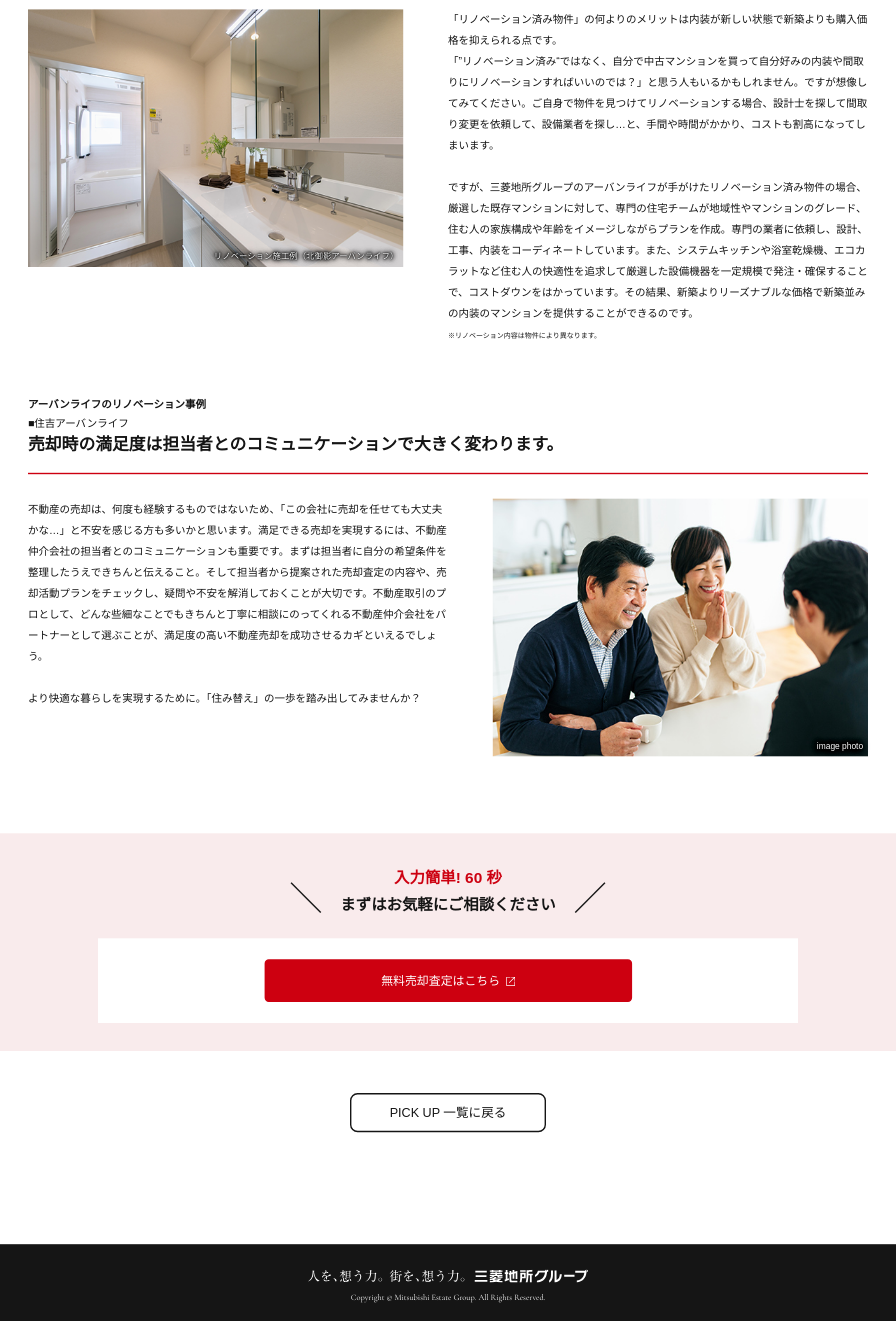
Repository: duongspm/group-kansai_new-data
Page: group-kansai_new/pickup/column07.html
The author's editor kept a copy of each file at every save. The page is drawn from the files as they stood at one save, then again after the next save.
The browser window is 1280 px wide. The pictures show the part of the page from y = 1738 to 3658 px (the page is 3626 px tall before and 3658 px after), at 70% of full size.

Above is the page before, as saved 2023-06-30 15:14:52.

### group-kansai_new/pickup/column07.html
<!doctype html>
<html>
<head prefix="og: http://ogp.me/ns# fb: http://ogp.me/ns/fb# article: http://ogp.me/ns/website#">

    <meta charset="utf-8">
    <meta http-equiv="X-UA-Compatible" content="chrome=1">
    <meta name="viewport" content="width=device-width, initial-scale=1">

    <title>住み替えを検討する際の重要なポイント。住宅ローン残債があっても住み替えできる？｜関西で住まいのことは三菱地所グループへ</title>
    <meta name="keywords" content="新築マンション,注文住宅,リフォーム,売買・賃貸,関西,三菱地所グループ,三菱地所レジデンス,三菱地所ホーム,三菱地所ハウスネット,住まい">
    <meta name="description" content="関西エリアの三菱地所グループが、新築・中古マンション、注文住宅、リフォーム、売買、賃貸、マンション・ビル管理、インテリアなど、あらゆる住まいのニーズにお応えします。">
    <link rel="canonical" href="https://www.mecsumai.com/group_kansai/pickup/column07.html">

    <!-- OGP -->
    <meta property="og:site_name" content="関西で住まいのことは三菱地所グループへ" />
    <meta property="og:title" content="住み替えを検討する際の重要なポイント。住宅ローン残債があっても住み替えできる？｜関西で住まいのことは三菱地所グループへ" />
    <meta property="og:description" content="関西エリアの三菱地所グループが、新築・中古マンション、注文住宅、リフォーム、売買、賃貸、マンション・ビル管理、インテリアなど、あらゆる住まいのニーズにお応えします。" />
    <meta property="og:type" content="website" />
    <meta property="og:locale" content="ja_JP" />
    <meta property="og:url" content="https://www.mecsumai.com/group_kansai/pickup/column07.html" />
    <meta property="og:image" content="https://www.mecsumai.com/group_kansai/img/ogp/ogimage_column_mjhn_01.jpg" />
    <meta property="article:publisher" content="https://www.facebook.com/mecsumai" />
    <meta name="twitter:card" content="summary_large_image" />
    <meta name="twitter:site:id" value="@mecr_sumai" />
    <!-- CSS/JS -->
    <!--テスト用_WEBフォントタグ--><script type="text/javascript" src="//typesquare.com/3/tsst/script/ja/typesquare.js?GO7P2Rd89as%3D" charset="utf-8"></script>
    <!--本番用_WEBフォントタグ--><!-- <script type="text/javascript" src="//typesquare.com/3/tsst/script/ja/typesquare.js?fP5kCoOP0YE%3D" charset="utf-8"></script>-->

	<link rel="stylesheet" href="../css/style.css">
    <link rel="stylesheet" href="css/column.css">

    <script src="../js/jquery.min.js"></script>
    <script src="../js/script.js"></script>

</head>

<body>

	<!-- Google Tag Manager -->
	<noscript><iframe src="//www.googletagmanager.com/ns.html?id=GTM-PPKM2M"
	height="0" width="0" style="display:none;visibility:hidden"></iframe></noscript>
	<script>(function(w,d,s,l,i){w[l]=w[l]||[];w[l].push({'gtm.start':
	new Date().getTime(),event:'gtm.js'});var f=d.getElementsByTagName(s)[0],
	j=d.createElement(s),dl=l!='dataLayer'?'&l='+l:'';j.async=true;j.src=
	'//www.googletagmanager.com/gtm.js?id='+i+dl;f.parentNode.insertBefore(j,f);
	})(window,document,'script','dataLayer','GTM-PPKM2M');</script>
	<!-- End Google Tag Manager -->

    <header>
        <a><img src="../img/logo_mec.svg" alt="人を、想う力。街を、想う力。三菱地所グループ"></a>
        <a><img src="../img/logo_mecgonext.svg" alt="三菱地所と次にいこう。"></a>
        <div id="btn-menu"><span></span><span></span><span></span><a>MENU</a></div>
    </header>

    <div class="menu">
        <div class="menu-wrap container">
            <ul class="menu-nav menu-nav1">
                <li><a href="../#top" onclick="trEvent('三菱地所グループ関西合同LP','Click','【LP内遷移】グロナビ_トップページに戻る',0);">トップページに戻る</a></li>
                <li><a href="../#p-news" onclick="trEvent('三菱地所グループ関西合同LP','Click','【LP内遷移】グロナビ_NEWS',0);">NEWS</a></li>
                <li><a href="./" onclick="trEvent('三菱地所グループ関西合同LP','Click','【LP内遷移】グロナビ_PICK UP',0);">PICK UP</a></li>
                <li><a href="../#p-buy" onclick="trEvent('三菱地所グループ関西合同LP','Click','【LP内遷移】グロナビ_買いたい',0);">買いたい</a></li>
                <li><a href="../#p-build" onclick="trEvent('三菱地所グループ関西合同LP','Click','【LP内遷移】グロナビ_建てたい',0);">建てたい</a></li>
                <li><a href="../#p-renovate" onclick="trEvent('三菱地所グループ関西合同LP','Click','【LP内遷移】グロナビ_リフォームしたい',0);">リフォームしたい</a></li>
                <li><a href="../#p-sell" onclick="trEvent('三菱地所グループ関西合同LP','Click','【LP内遷移】グロナビ_売りたい',0);">売りたい</a></li>
                <li><a href="../#p-lend" onclick="trEvent('三菱地所グループ関西合同LP','Click','【LP内遷移】グロナビ_貸したい',0);">貸したい</a></li>
                <li><a href="../#p-borrow" onclick="trEvent('三菱地所グループ関西合同LP','Click','【LP内遷移】グロナビ_借りたい',0);">借りたい</a></li>
                <li><a href="../#p-interior" onclick="trEvent('三菱地所グループ関西合同LP','Click','【LP内遷移】グロナビ_インテリアを探す',0);">インテリアを探す</a></li>
                <li><a href="../#p-admin" onclick="trEvent('三菱地所グループ関西合同LP','Click','【LP内遷移】グロナビ_不動産管理',0);">不動産管理</a></li>
            </ul>

            <ul class="menu-nav menu-nav2">
                <li><a href="../check/" onclick="trEvent('三菱地所グループ関西合同LP','Click','【LP内遷移】グロナビ_三菱地所グループの「住まい」マッチング',0);">三菱地所グループの「住まい」マッチング</a></li>
                <li><a href="../#p-map" onclick="trEvent('三菱地所グループ関西合同LP','Click','【LP内遷移】グロナビ_三菱地所グループの関西エリア営業拠点マップ',0);">三菱地所グループの関西エリア営業拠点マップ</a></li>
                <li><a href="../#p-group" onclick="trEvent('三菱地所グループ関西合同LP','Click','【LP内遷移】グロナビ_三菱地所グループのご紹介',0);">三菱地所グループのご紹介</a></li>
            </ul>

            <!-- <ul class="service-bnr">
                <li><a href="check/"><img src="img/bnr_check_menu.jpg" alt="理想の「住まい」セルフチェック"></a></li>
                <li class="bnr-find">
                    <img src="img/bnr_find_menu.jpg" alt="住み替えるなら今の「住まい」は…">
                    <a href="#p-sell01"><img src="img/bnr_find01.png" alt="少しでも高く売却したい"></a>
                    <a href="#p-sell02"><img src="img/bnr_find02.png" alt="手間なく早く売却したい"></a>
                    <a href="#p-lend"><img src="img/bnr_find03.png" alt="賃貸活用で家賃を得たい"></a>
                </li>
            </ul>-->
            <!--/service-bnr-->
        </div>
    </div>

    <main class="main" id="column07">
        <section class="main-img">
            <img class="only-pc" src="img/vol_07/mv07.png" width="100%" alt="image photo">
            <img class="only-sp" src="img/vol_07/mv07-sp.png" width="100%" alt="image photo">
            <p class="cap-abs_right shadow">リノベーション施工事例（北御影アーバンライフ）</p>
        </section>
        <!--/main-img-->

        <section class="column container">
            <div class="column-group">
                <ul class="hashtag">
                    <li># リノベーション</li>
                    <li># 住み替え</li>
                </ul>
                <h2>お手頃なのに新築並み！今話題の「リノベーション済み物件」</h2>
                <p>新居探しの新たな選択肢として最近よく耳にする「リノベーション済み物件」。ですがリノベーション済み物件とはどのようなものなのでしょうか？今回はその特徴やメリットをご紹介します。</p>

                <div class="column-nav">
                    <p class="column-nav_tit">INDEX</p>
                    <ul class="column-nav_list">
                        <li><a href="#part01">
                            <p class="column-nav_num">01</p>
                            <p class="column-nav_txt">今注目されるリノベーション済み物件とは？</p>
                        </a></li>
                        <li><a href="#part02">
                            <p class="column-nav_num">02</p>
                            <p class="column-nav_txt">新築物件よりリーズナブルな価格で手に入る！</p>
                        </a></li>
                        <li><a href="#part03">
                            <p class="column-nav_num">03</p>
                            <p class="column-nav_txt">徹底した品質管理とアフターサービスで住んだ後も安心</p>
                        </a></li>
                    </ul>
                </div>
            </div>
            <!--/column group-->

            <div class="anchor"><div id="part01"></div></div>
            <div class="column-group">
                <h3>今注目されるリノベーション済み物件とは？</h3>

                <div class="column-box">
                    <div class="column-box_inner">
                        <p>住宅の購入を検討するときに、「新築マンションは魅力的だけど、価格が高いから中古マンションのほうがいいのかも？」と迷っている人も多いのではないでしょうか。そんな時に、新築でも中古でもない新たな選択肢として今注目を集めているのが「リノベーション済み物件」です。</p>
                        <p>「リノベーション済み物件」とは、買い取った中古物件に改装工事や修繕工事、クリーニングを行い、内装を新築のような状態で販売されている物件のこと。ちなみに、リノベーション済み物件と似たような形態として「リフォーム済み物件」が挙げられます。両者とも修復や改修がされているのは同じですが、リフォームは現状の状態を回復させる工事がメイン。一方リノベーション済み物件は、古くなった箇所をなおすだけではなく、設備の仕様変更、大幅な間取り・デザイン変更など、新たな機能や価値を加える工事を行い、新築さながらの内装や設備を持っているのが特徴です。</p>
                    </div>
                    <div class="column-box_img">
                        <img src="img/vol_07/img-01.png" alt="リノベーション施工事例（ネオセント西宮北口）">
                        <p class="cap-abs_right shadow">リノベーション施工事例（ネオセント西宮北口）</p>
                    </div>
                </div>
            </div>
            <!--/column group-->

            <div class="anchor"><div id="part02"></div></div>
            <div class="column-group column07-02">
                <h3>新築物件よりリーズナブルな価格で手に入る！</h3>

                <div class="column-box">
                    <div class="column-box_img">
                        <img src="img/vol_07/img-02.png" alt="リノベーション施工例（北御影アーバンライフ）">
                        <p class="cap-abs_right shadow">リノベーション施工例（北御影アーバンライフ）</p>
                    </div>
                    <div class="column-box_inner">
                        <p>「リノベーション済み物件」の何よりのメリットは内装が新しい状態で新築よりも購入価格を抑えられる点です。
                            <br>「”リノベーション済み“ではなく、自分で中古マンションを買って自分好みの内装や間取りにリノベーションすればいいのでは？」と思う人もいるかもしれません。ですが想像してみてください。ご自身で物件を見つけてリノベーションする場合、設計士を探して間取り変更を依頼して、設備業者を探し…と、手間や時間がかかり、コストも割高になってしまいます。</p>
                        <p>ですが、三菱地所グループのアーバンライフが手がけたリノベーション済み物件の場合、厳選した既存マンションに対して、専門の住宅チームが地域性やマンションのグレード、住む人の家族構成や年齢をイメージしながらプランを作成。専門の業者に依頼し、設計、工事、内装をコーディネートしています。また、システムキッチンや浴室乾燥機、エコカラットなど住む人の快適性を追求して厳選した設備機器を一定規模で発注・確保することで、コストダウンをはかっています。その結果、新築よりリーズナブルな価格で新築並みの内装のマンションを提供することができるのです。
                            <br><span class="txt-small">※リノベーション内容は物件により異なります。</span>
                        </p>
                    </div>
                </div>
            </div>
            <!--/column group-->

            <!-- column07 box -->
            <div class="column07__box">
                <h4>アーバンライフのリノベーション事例</h4>
                <p class="title">■住吉アーバンライフ</p>
            </div>

            <!-- column07 box -->
            <div class="anchor"><div id="part03"></div></div>
            <div class="column-group">
                <h3>売却時の満足度は担当者とのコミュニケーションで大きく変わります。</h3>

                <div class="column-box">
                    <div class="column-box_inner">
                        <p>不動産の売却は、何度も経験するものではないため、「この会社に売却を任せても大丈夫かな…」と不安を感じる方も多いかと思います。満足できる売却を実現するには、不動産仲介会社の担当者とのコミュニケーションも重要です。まずは担当者に自分の希望条件を整理したうえできちんと伝えること。そして担当者から提案された売却査定の内容や、売却活動プランをチェックし、疑問や不安を解消しておくことが大切です。不動産取引のプロとして、どんな些細なことでもきちんと丁寧に相談にのってくれる不動産仲介会社をパートナーとして選ぶことが、満足度の高い不動産売却を成功させるカギといえるでしょう。</p>
                        <p>より快適な暮らしを実現するために。「住み替え」の一歩を踏み出してみませんか？</p>
                    </div>
                    <div class="column-box_img">
                        <img src="img/vol_01/img_04.jpg" alt="image photo">
                        <p class="cap-abs_right shadow">image photo</p>
                    </div>
                </div>
            </div>
            <!--/column group-->
        </section>
        <!--/column-->

        <section class="contact">
            <div class="contact-heading">
                <div class="contact-tit">
                    <h2><span>入力簡単! 60 秒</span>まずはお気軽にご相談ください</h2>
                </div>
                <div class="contact-btn container">
                    <a href="../mjhn_18.html" target="_blank" onclick="trEvent('三菱地所グループ関西合同LP','Click','【三菱地所ハウスネット】PICKUP_住み替えを検討する際の重要なポイント。住宅ローン残債があっても住み替えできる？_無料売却査定はこちら',0);">無料売却査定はこちら</a>
                </div>
            </div>

            <!-- <div class="contact-sns">
                <a class="twitter typesquare_option" href="http://twitter.com/share?url=www.mecsumai.com/group_kansai/pickup/&amp;text=住み替えを検討する際の重要なポイント。住宅ローン残債があっても住み替えできる？&amp;hashtags=住み替え&amp;hashtags=売却査定" target="_blank" rel="nofollow noopener noreferrer">Twitterでシェア</a>
                <a class="facebook typesquare_option" href="http://www.facebook.com/share.php?u=mecsumai.com/group_kansai/pickup/" target="_blank" rel="nofollow noopener noreferrer">Facebookでシェア</a>
            </div>-->

            <a class="contact-back" href="./" onclick="trEvent('三菱地所グループ関西合同LP','Click','【LP内遷移】PICK UP_詳細_PICK UP 一覧に戻る',0);">PICK UP 一覧に戻る</a>
        </section>
    </main>

    <footer>
        <div id="pagetop"><img src="../img/pagetop.png" alt="トップに戻る"></div>
        <a><img src="../img/flogo_mec.svg" alt="人を、想う力。街を、想う力。三菱地所グループ"></a>
        <p>Copyright &copy; Mitsubishi Estate Group. All Rights Reserved.</p>
    </footer>

    <!-- Yahoo Tag Manager -->
    <script type="text/javascript">
      (function () {
        var tagjs = document.createElement("script");
        var s = document.getElementsByTagName("script")[0];
        tagjs.async = true;
        tagjs.src = "//s.yjtag.jp/tag.js#site=YzMGP4N&referrer=" + encodeURIComponent(document.location.href) + "";
        s.parentNode.insertBefore(tagjs, s);
      }());
    </script>
    <noscript>
      <iframe src="//b.yjtag.jp/iframe?c=YzMGP4N" width="1" height="1" frameborder="0" scrolling="no" marginheight="0" marginwidth="0"></iframe>
    </noscript>
    <!-- End Yahoo Tag Manager -->

</body>
</html>

### group-kansai_new/css/style.css
@charset "utf-8";
@import url('https://fonts.googleapis.com/css2?family=Cormorant+Garamond&family=Inter:wght@700&display=swap');

/* Reset */
html{font-size: 62.5%;}
body{color: #000; line-height: 1.8; word-spacing: 0; font-size: 1.5rem; -webkit-text-size-adjust: 100%; -ms-text-size-adjust: 100%; -moz-text-size-adjust: 100%; font-family: "秀英角ゴシック金 L", "Shuei KakuGo Kin L", "Noto Sans JP", "ヒラギノ角ゴ Pro W3", "Hiragino Kaku Gothic Pro", "メイリオ", "MS Pゴシック", "MS PGothic", Meiryo, sans-serif;}

*{margin: 0; padding: 0; box-sizing: border-box; border: 0;}
h1, h2, h3, h4, h5, h6{font-size: 100%;}
ol, ul{list-style: none;}
table{border-collapse: collapse; border-spacing: 0;}
th{text-align: left;}
a{color: inherit; text-decoration: none;}
img{vertical-align: bottom; max-width: 100%;}

.container{max-width: 1000px; margin: 0 auto;}
.cap,
.cap-left,
.cap-right{font-size: 1rem; line-height: 1.4;}
[class*="cap-abs"]{font-size: 1.2rem; line-height: 1.4;}
.cap-abs_right{position: absolute; bottom: 7px; right: 7px; text-align: right;}
.cap-abs_left{position: absolute; bottom: 7px; left: 7px;}
.cap-right{padding-top: 0.8em; text-align: right;}
.cap-left{padding-top: 0.8em;}
.shadow{color: #fff; text-shadow: 0 0 1px rgba(0,0,0,.6), 0 0 2px rgba(0,0,0,.6), 0 0 3px rgba(0,0,0,.6), 0 0 4px rgba(0,0,0,.6), 0 0 5px rgba(0,0,0,.6), 0 0 6px rgba(0,0,0,.6), 0 0 7px rgba(0,0,0,.6), 0 0 8px rgba(0,0,0,.6), 0 0 9px rgba(0,0,0,.6), 0 0 10px rgba(0,0,0,.6);}
sup{font-size: 1.2rem; line-height: 1;}

.anchor{position: relative;}
.anchor > div{position: absolute; left: 0;}

@media (min-width: 768px){
    a[href^="tel:"]{pointer-events: none;}
    .only-sp{display: none;}
    .container{width: calc(100% - 3rem);}
    .anchor > div{top: -5.4rem;}
}

@media (max-width: 767px){
    .only-pc{display: none;}
    html{font-size: 2vw;}
    body{font-size: 1.65rem;}
    .container{width: 90%;}
    .cap,
    .cap-left,
    .cap-right{font-size: 1.2rem; line-height: 1.7;}

    .anchor > div{top: -7rem;}
}

@media print {
    body{color-adjust: exact; -webkit-print-color-adjust: exact; print-color-adjust: exact;}
}

/* Header */
header{padding: 1rem 3rem; display: flex; align-items: center; background: #fff; position: fixed; top: 0; left: 0; width: 100%; background: #fff; z-index: 1000;}
header a:nth-of-type(1){width: 11rem; margin-right: 2.4rem;}
header a:nth-of-type(2){width: 6rem;}
header img{width: 100%;}

#btn-menu{position: absolute; top: 0; right: 0; width: 5.4rem; height: 5.4rem; cursor: pointer; background: #cd0010;}
#btn-menu span{position: absolute; left: 1.2rem; width: 3rem; height: 0.2rem; background: #fff;}
#btn-menu span:nth-of-type(1){top: 1.1rem;}
#btn-menu span:nth-of-type(2){top: 1.9rem;}
#btn-menu span:nth-of-type(3){top: 2.7rem;}
#btn-menu a{display: block; color: #fff; font-size: 1.1rem; text-align: center; padding: 3.1rem 0 0 0; width: 100%; font-weight: bold; font-family: 'Inter', sans-serif;}
#btn-menu.is-open span:nth-of-type(1){top: 1.8rem; transform: rotate(45deg); -webkit-transform: rotate(45deg);}
#btn-menu.is-open span:nth-of-type(2){display: none;}
#btn-menu.is-open span:nth-of-type(3){top: 1.8rem; transform: rotate(-45deg); -webkit-transform: rotate(-45deg);}

@media (max-width: 767px){
    #btn-menu{width: 6.4rem; height: 6.4rem;}
    #btn-menu span{left: 1.2rem; width: 4rem; height: 0.2rem;}
    #btn-menu span:nth-of-type(1){top: 1.1rem;}
    #btn-menu span:nth-of-type(2){top: 2.2rem;}
    #btn-menu span:nth-of-type(3){top: 3.3rem;}
    #btn-menu a{padding: 3.6rem 0 0 0; font-size: 1.4rem;}
    #btn-menu.is-open span:nth-of-type(1),
    #btn-menu.is-open span:nth-of-type(3){top: 2rem;}
}

.menu{position: fixed; top: 0; left: 0; width: 100%; height: 100%; overflow: auto; background: #f5f5f5; z-index: 800; display: none; font-family: "秀英角ゴシック金 B", "Shuei KakuGo Kin B", "Noto Sans JP", "ヒラギノ角ゴ Pro W3", "Hiragino Kaku Gothic Pro", "メイリオ", "MS Pゴシック", "MS PGothic", Meiryo, sans-serif;}
.menu-wrap{padding: 12rem 0 5rem;}

.menu-nav1{display: flex; flex-wrap: wrap;}
.menu-nav1 a{font-size: 1.8rem; height: 8rem; display: flex; align-items: center;}
.menu-nav1 a:before{content: ''; width: 2rem; height: 2rem; background: url("../img/ic_arrows.png") no-repeat top left/100% 100%; margin: 0 1rem 0 0;}
.menu-nav1 a:hover{color: #cd0010;}

.menu-nav2{padding: 3rem 0 4rem; display: flex; flex-wrap: wrap;}
.menu-nav2 a{font-size: 1.6rem; height: 4rem; display: flex; align-items: center;}
.menu-nav2 a:before{content: ''; width: 2rem; height: 2rem; background: url("../img/ic_arrows.png") no-repeat top left/100% 100%; margin: 0 1rem 0 0;}
.menu-nav2 a:hover{color: #cd0010;}

.menu .bnr-find a{top: 48.5%;}

@media (max-width: 1023px) and (min-width: 768px){
    .menu-nav1 a{font-size: 1.6rem;}
    .menu-nav1 a:before{margin: 0 0.5rem 0 0;}
}

@media (min-width: 768px){
    .menu-nav1 li{width: 23.425%; margin-right: 2.1%; border-bottom: 1px dotted #acacac;}
    .menu-nav1 li:nth-of-type(1),
    .menu-nav1 li:nth-of-type(2),
    .menu-nav1 li:nth-of-type(3){width: 32%;margin-right: 2%;}
    .menu-nav1 li:nth-of-type(3),
    .menu-nav1 li:nth-of-type(7),
    .menu-nav1 li:nth-of-type(11){margin-right: 0;}

    .menu-nav2 li:not(:last-of-type){margin-right: 6rem;}
}

@media (max-width: 767px){
    header{padding: 1.5rem 5%;}
    header a:nth-of-type(1){margin-right: 7%;}

    .menu-wrap{padding: 12rem 0 3rem;}

    .menu-nav1 li{width: 48.5%; margin-right: 3%; border-bottom: 1px dotted #acacac;}
    .menu-nav1 li:nth-of-type(2n){margin-right: 0;}
    .menu-nav1 a{height: 6rem;}

    .menu-nav2{padding: 2rem 0 3rem;}
    .menu-nav2 a{height: 3.5rem;}

    .menu .service-bnr{padding: 0;}
}

/* Main */
.main{overflow-x: hidden; isolation:isolate; margin-top: 5.4rem;}
.m-tit2{font-size: 2.4rem; line-height: 1; text-align: center; margin: 0 0 3rem; color: #cd0010; font-weight: bold; font-family: 'Inter', sans-serif;}
.m-tit3{font-size: 2.8rem; line-height: 1.4; text-align: center; margin: -0.3em 0 2.5rem; font-family: "秀英明朝 M", "Shuei Mincho M", "游明朝", YuMincho, "Hiragino Mincho ProN W3", "ヒラギノ明朝 ProN W3", "Hiragino Mincho ProN", "HG明朝E", "MS P明朝", "MS 明朝", serif;}
.desc{font-size: 1.6rem; line-height: 2; text-align: center; margin: 0 auto 2em;}

@media (max-width: 767px){
    .main{margin-top: 6.4rem;}
    .desc{text-align: left; margin: 0 3rem 1.5em;}
    .desc br {display:none;}
}

/* Hashtag */
.hashtag{color: #cd0010; font-size: 1.2rem; line-height: 1.5; margin: 0 0 0.5rem; display: flex; flex-wrap: wrap; font-family: "秀英角ゴシック金 B", "Shuei KakuGo Kin B", "Noto Sans JP", "ヒラギノ角ゴ Pro W3", "Hiragino Kaku Gothic Pro", "メイリオ", "MS Pゴシック", "MS PGothic", Meiryo, sans-serif;}
.hashtag li{margin-right: 1em;}

@media (max-width: 767px){
    .hashtag{font-size: 1.4rem;}
}

/* Footer */
footer{background: #151515; color: #fff; text-align: center; padding: 2.8rem 0; position: relative; z-index: 100;}
footer a{width: 40rem; margin: 0 auto; display: block;}
footer a img{width: 100%;}
footer p{margin: 1.5rem 0 0 0; font-family: 'Cormorant Garamond', serif; font-size: 1.2rem; line-height: 1;}
#pagetop{position: fixed; bottom: 10px; right: 10px; width: 7rem; height: 7rem; cursor: pointer; z-index: 700; display: none;}
#pagetop a{width: 100%; display: block;}

@media (max-width: 767px){
    footer a{width: 90%;}
    footer img{width: 100%;}
    footer p{font-size: 1.5rem;}
    #pagetop{width: 6rem; height: 6rem;}
    #top footer{margin-bottom: 35.46vw;}
    #top #pagetop{bottom: 40vw !important; position: fixed !important;}
}

Loaded but not shown: group-kansai_new/js/jquery.min.js (library); group-kansai_new/js/script.js (70 lines, source omitted); group-kansai_new/pickup/css/column.css (183 lines, source omitted)

After the next save:
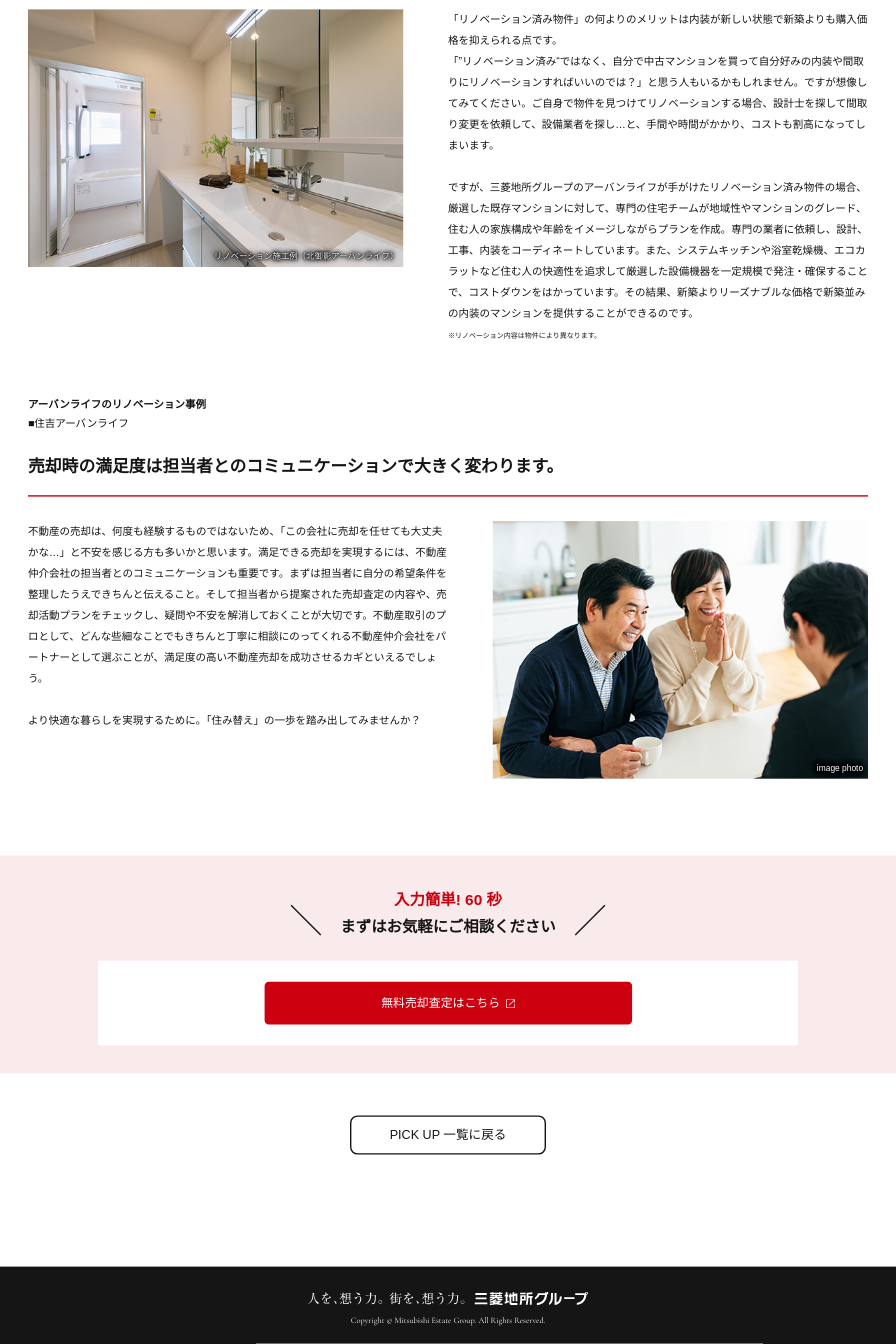
Saved 22 s later.
--- a/group-kansai_new/pickup/column07.html
+++ b/group-kansai_new/pickup/column07.html
@@ -165,6 +165,7 @@
             <div class="column07__box">
                 <h4>アーバンライフのリノベーション事例</h4>
                 <p class="title">■住吉アーバンライフ</p>
+                <p class="desc"></p>
             </div>
 
             <!-- column07 box -->
